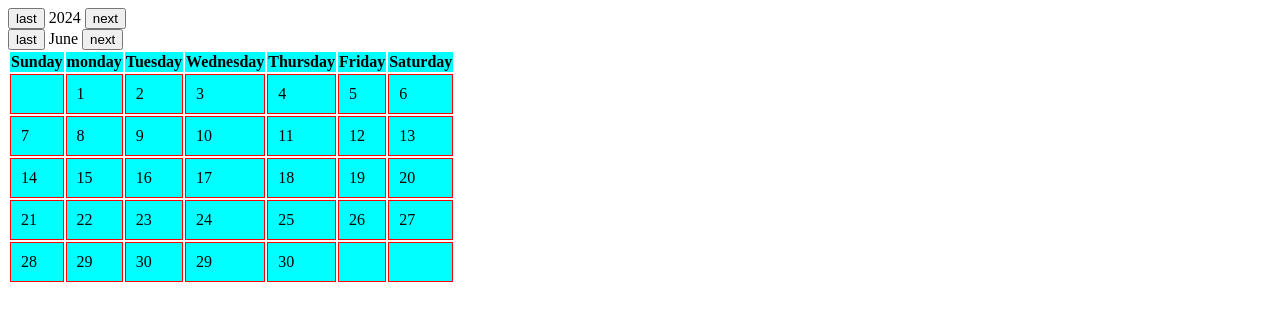
Repository: fateme81yosefi/calendar
Page: index.html
The author's editor kept a copy of each file at every save. The page is drawn from the files as they stood at one save, then again after the next save.
The browser window is 1280 px wide. The pictures show the whole page.
After loading, the first visible `button[onclick="increaseMonth()"]` was clicked once.

Above is the page before, as saved 2024-05-30 22:53:31.

### index.html
<!DOCTYPE html>

<html>

<head>
  <title>calendar</title>
  <link rel="icon" type="image/x-icon" href="/images/fav.png">
  <link rel="stylesheet" href="styles.css">

</head>

<body>

  <div class="container-calendar">
    <div class="contain-year">
      <button onclick="decYear()">
        last </button>
      <span id="year"></span>
      <button onclick="incYear()"> next </button>

    </div>
    <div class="contain-month">
      <button onclick="dec()"> last </button>
      <span id="month"></span>
      <button onclick="increaseMonth()">next </button>
    </div>
    <table>
      <tr>
        <th>Sunday</th>
        <th>monday</th>
        <th>Tuesday</th>
        <th>Wednesday </th>
        <th>Thursday</th>
        <th>Friday</th>
        <th>Saturday</th>
      </tr>

      <tr>
        <td id="1-1"> </td>
        <td id="1-2"> </td>
        <td id="1-3"> </td>
        <td id="1-4"> </td>
        <td id="1-5"> </td>
        <td id="1-6"> </td>
        <td id="1-7"> </td>
      </tr>

      <tr>
        <td id="2-1"> </td>
        <td id="2-2"> </td>
        <td id="2-3"> </td>
        <td id="2-4"> </td>
        <td id="2-5"> </td>
        <td id="2-6"> </td>
        <td id="2-7"> </td>
      </tr>

      <tr>
        <td id="3-1"> </td>
        <td id="3-2"> </td>
        <td id="3-3"> </td>
        <td id="3-4"> </td>
        <td id="3-5"> </td>
        <td id="3-6"> </td>
        <td id="3-7"> </td>
      </tr>

      <tr>
        <td id="4-1"> </td>
        <td id="4-2"> </td>
        <td id="4-3"> </td>
        <td id="4-4"> </td>
        <td id="4-5"> </td>
        <td id="4-6"> </td>
        <td id="4-7"> </td>
      </tr>

      <tr>
        <td id="5-1"> </td>
        <td id="5-2"> </td>
        <td id="5-3"> </td>
        <td id="5-4"> </td>
        <td id="5-5"> </td>
        <td id="5-6"> </td>
        <td id="5-7"> </td>
      </tr>
    </table>
  </div>



  <script src="/scripts.js"></script>

</body>

</html>

### styles.css
tr{
    background-color: aqua;
    border: 1px solid red;
    padding: 10px;
    margin: 2px;
}
td{
    background-color: aqua;
    border: 1px solid red;
    padding: 10px;
    margin: 2px;
}

### scripts.js
const d = new Date();
m = d.getMonth()
y = d.getFullYear()
day = d.getDate()
weekday = d.getDay()
weekday++

function increaseMonth() {
    console.log(increaseMonth)

    m = document.getElementById("month").innerHTML
    month = monthNameToNum(m)
    if ((month++) >= 13) {
        incYear()
    }
    else {
        fillAllDay(month, y, dayCount)
        setMonth(month)
    }
}

function dec() {
    m = document.getElementById("month").innerHTML
    month = monthNameToNum(m)
    month--
    if (month < 1) {
        decYear()
    } else {
        fillAllDay(month, y, dayCount)
        setMonth(month)
    }

}

function incYear() {
    let yy = parseInt(document.getElementById("year").innerHTML);
    yy++;
    document.getElementById("year").innerHTML = yy;
    setYear(yy)
    fillAllDay(m, yy, dayCount)
}


function decYear() {
    let yy = parseInt(document.getElementById("year").innerHTML);
    yy--;
    document.getElementById("year").innerHTML = yy;
    setYear(yy)
    fillAllDay(m, yy, dayCount)
}


function setYear(y) {
    document.getElementById("year").innerHTML = y
}
function monthNameToNum(m) {
    switch (m) {
        case "January": return 1;
        case "February": return 2;
        case "March": return 3;
        case "April": return 4;
        case "May": return 5;
        case "June": return 6;
        case "July": return 7;
        case "August": return 8;
        case "September": return 9;
        case "October": return 10;
        case "November": return 11;
        case "December": return 12;
    }
}
function setMonth(m) {
    switch (m) {
        case 1: month = "January";
            break;
        case 2: month = "February";
            break;
        case 3: month = "March";
            break;
        case 4: month = "April";
            break;
        case 5: month = "May";
            break;
        case 6: month = "June";
            break;
        case 7: month = "July";
            break;
        case 8: month = "August";
            break;
        case 9: month = "September";
            break;
        case 10: month = "October";
            break;
        case 11: month = "November";
            break;
        case 12: month = "December";
            break;
    }
    document.getElementById("month").innerHTML = month

}

function findFirstDayMonth(m, y) {
    const date = new Date(y + "-" + m + "-" + 1)
    return date.getDay()
}

function calcDayCount(m) {
    switch (m + 1) {
        case 1: return 31;
        case 2: return 28;
        case 3: return 31;
        case 4: return 30;
        case 5: return 31;
        case 6: return 30;
        case 7: return 31;
        case 8: return 31;
        case 9: return 30;
        case 10: return 31;
        case 11: return 30;
        case 12: return 31;
    }
}

function fillAllDay(m, y, dayCount) {
    m++;

    var fd = findFirstDayMonth(m, y);
    fd++;

    let row = 1
    let col = fd

    for (let i = 1; i <= dayCount; i++) {
        const x = row + "-" + col;
        document.getElementById(x).innerHTML = i;
        if (col >= 7) {
            col = 1;
            row++;
        } else {
            col++;
        }
        if (row >= 6) {
            row = 1;
        }
    }
}

dayCount = calcDayCount(m + 1)

fillAllDay(m, y, dayCount)
setMonth(m + 1)
setYear(y)

After the next save:
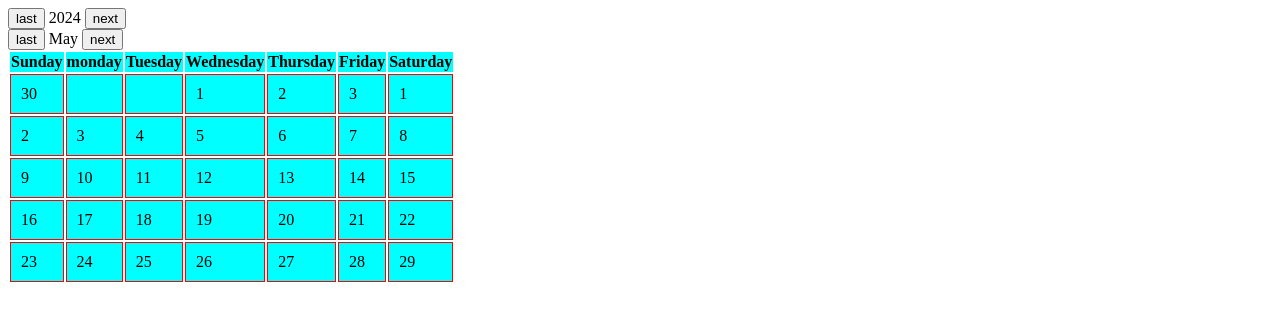
Saved 4 s later.
--- a/scripts.js
+++ b/scripts.js
@@ -10,7 +10,7 @@
 
     m = document.getElementById("month").innerHTML
     month = monthNameToNum(m)
-    if ((month++) >= 13) {
+    if (month>= 13) {
         incYear()
     }
     else {

After the save that followed:
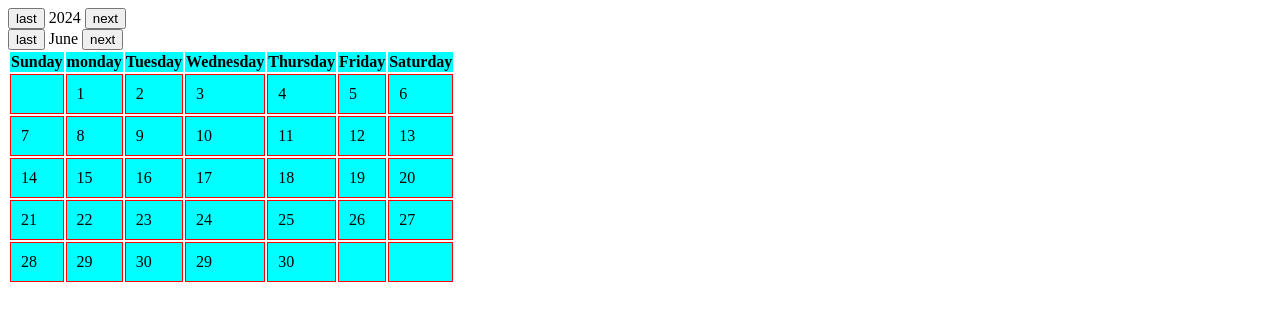
Saved 5 s later.
--- a/scripts.js
+++ b/scripts.js
@@ -10,7 +10,8 @@
 
     m = document.getElementById("month").innerHTML
     month = monthNameToNum(m)
-    if (month>= 13) {
+    month++
+    if (month >= 13) {
         incYear()
     }
     else {
